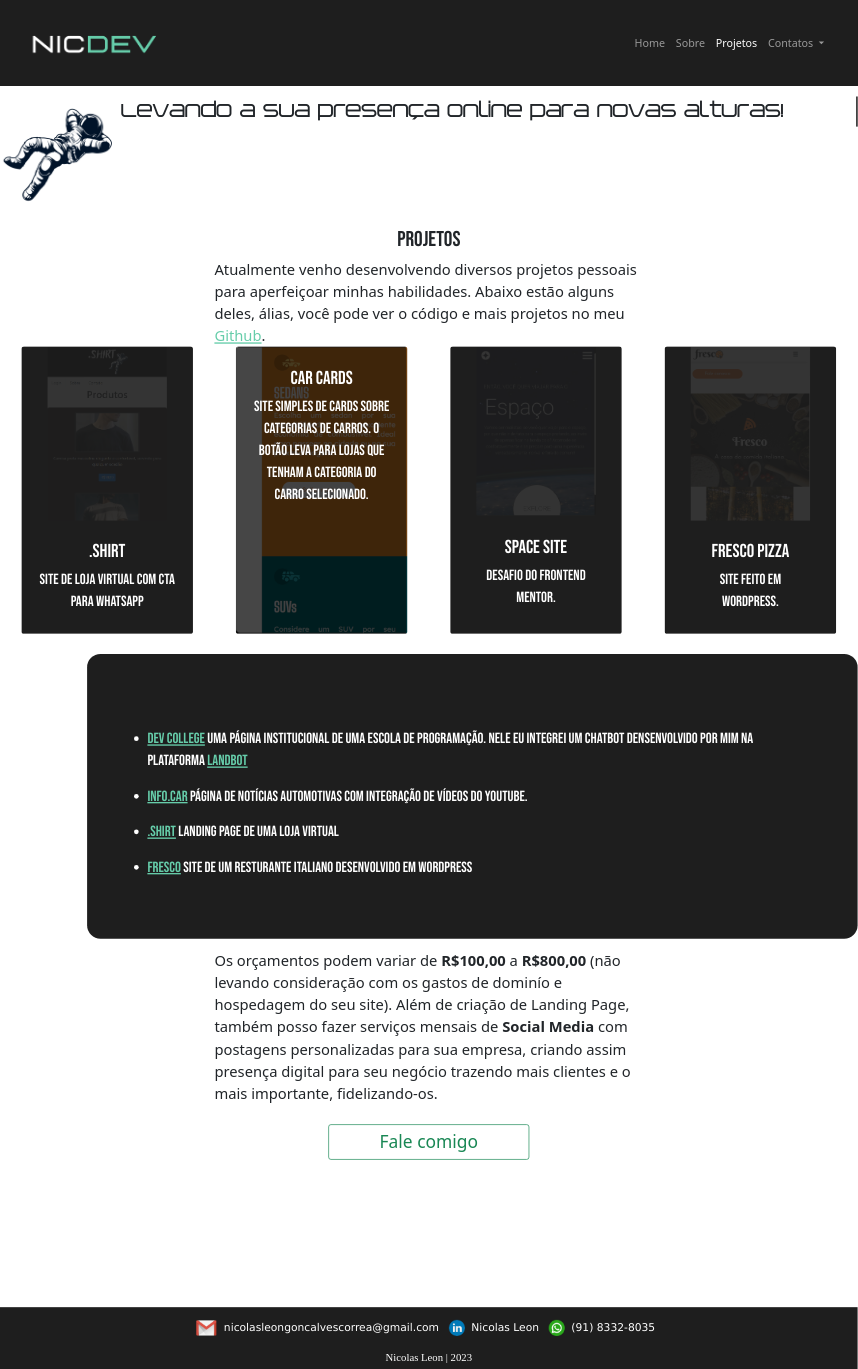
Repository: Leonngc/nicdev
Page: projects.html
These files come from the project's save history. The page is drawn as it stood at one moment and after the next save; the edit follows.
The browser window is 1280 px wide. The pictures show the whole page, at 67% of full size.

Above is the page before, as saved 2023-06-04 23:09:11.

### projects.html
<!DOCTYPE html>
<html lang="pt-br">
  <head>
    <meta charset="UTF-8" />
    <meta http-equiv="X-UA-Compatible" content="IE=edge" />
    <meta name="viewport" content="width=device-width, initial-scale=1.0" />
    <title>nicdev - Projetos</title>
    <!-- Google tag (gtag.js) -->
<script async src="https://www.googletagmanager.com/gtag/js?id=G-E2XWESC90Y"></script>
<script>
  window.dataLayer = window.dataLayer || [];
  function gtag(){dataLayer.push(arguments);}
  gtag('js', new Date());

  gtag('config', 'G-E2XWESC90Y');
</script>
    <link
      href="https://cdn.jsdelivr.net/npm/bootstrap@5.0.2/dist/css/bootstrap.min.css"
      rel="stylesheet"
      integrity="sha384-EVSTQN3/azprG1Anm3QDgpJLIm9Nao0Yz1ztcQTwFspd3yD65VohhpuuCOmLASjC"
      crossorigin="anonymous"
    />

    <link rel="stylesheet" href="styles/scrollbar.css" />
    <link rel="stylesheet" href="styles/footer.css" />
    <link rel="stylesheet" href="styles/projects.css"/>
    ">
  </head>
  <body>
    <header style="background-color: #1e1e1e; padding: 30px" class="fixed-top">
      <nav class="navbar navbar-expand-lg navbar-dark">
        <div class="container-fluid">
          <a class="navbar-brand" href="index.html"
            ><img
              src="images/nicdev-logo.png"
              alt="logo da NicDev"
              style="width: 200px"
          /></a>
          <button
            class="navbar-toggler"
            type="button"
            data-bs-toggle="collapse"
            data-bs-target="#navbarNavDropdown"
            aria-controls="navbarNavDropdown"
            aria-expanded="false"
            aria-label="Toggle navigation"
          >
            <span class="navbar-toggler-icon"></span>
          </button>
          <div
            class="collapse navbar-collapse justify-content-end"
            id="navbarNavDropdown"
          >
            <ul class="navbar-nav">
              <li class="nav-item">
                <a class="nav-link" href="index.html" target="_parent">Home</a>
              </li>
              <li class="nav-item">
                <a class="nav-link" href="about.html" target="_parent">Sobre</a>
              </li>
              <li class="nav-item">
                <a class="nav-link active disabled" href="#">Projetos</a>
              </li>
              <li class="nav-item dropdown">
                <a
                  class="nav-link dropdown-toggle"
                  href="#"
                  id="navbarDropdownMenuLink"
                  role="button"
                  data-bs-toggle="dropdown"
                  aria-expanded="false"
                >
                  Contatos
                </a>
                <ul
                  class="dropdown-menu"
                  aria-labelledby="navbarDropdownMenuLink"
                >
                  <li>
                    <a class="dropdown-item" href="https://wa.me/91983328035"
                      >WhatsApp
                      <img src="images/whatsapp.png" alt="" class="redes-logo"
                    /></a>
                  </li>
                  <li>
                    <a class="dropdown-item" href="mailto:nicolasleongoncalvescorre@gmail.com?Subject=Interesse%20em%20um%20website&Body=Ola%2C%20vi%20seu%20site%20de%20portfolio%20e%20fiquei%20interessado%20em%20fazer%20um%20or%E7amento.%0A%0A---obs%28Retornarei%20seu%20email%20em%20ate%2030%20minutos%29"
                      >Email
                      <img src="images/gmail (1).png" alt="" class="redes-logo"
                    /></a>
                  </li>
                  <li>
                    <a class="dropdown-item" href="https://www.linkedin.com/in/nicolas-leon-70038921b/"
                      >Linkedin
                      <img src="images/linkedin.png" alt="" class="redes-logo"
                    /></a>
                  </li>
                </ul>
              </li>
            </ul>
          </div>
        </div>
      </nav>
    </header>

  <div class="slogan-container">
    <img src="images/astronauta.png" alt="" class="astronauta"> <p class="slogan">Levando a sua presença online para novas alturas!</p>
  </div>
    <main>
      <h2>Projetos</h2>

      <p>Atualmente venho desenvolvendo diversos projetos pessoais para aperfeiçoar minhas habilidades. Abaixo estão alguns deles, álias, você pode ver o código  e mais projetos no meu <a href="https://github.com/Leonngc" target="_blank">Github</a>.</p>


      <section class="cards-container">
        <div class="card">
          <img src="images/2023-06-04 (1).png" alt="">
          <div class="info-card">
            <h3>.Shirt</h3>
            <p>Site de loja virtual com CTA para WhatsApp</p>
          </div>
        </div>
        <div class="card" id="card-0">
          <div class="info-card">
            <h3>
              Car Cards
            </h3>
            <p>Site simples de cards sobre categorias de carros. O botão leva para lojas que tenham a categoria do carro selecionado.</p>
          </div>
        </div>
        <div class="card" id="card-1">
          <img src="images/spacesite.png" alt="">
          <div class="info-card">
            <h3>
              Space Site
            </h3>
            <p>Desafio do Frontend Mentor.</p>
          </div>
        </div>
        <div class="card">
          <img src="images/frescosite.png" alt="">
          <div class="info-card">
            <h3>
              Fresco Pizza
            </h3>
            <p>Site feito em Wordpress.</p>
          </div>
        </div>
      </section>




      <ul>
        <li><a href="https://leonngc.github.io/dev-college/" target="_blank">Dev College</a> Uma página institucional de uma escola de programação. Nele eu integrei um chatbot  densenvolvido por mim na plataforma <a href="https://landbot.io/" target="_blank">Landbot</a>
        </li>
        <li>
          <a href="https://leonngc.github.io/projeto-info.car/" target="_blank">Info.Car</a> página de notícias automotivas com integração de vídeos do Youtube.
        </li>

        <li>
          <a href="https://leonngc.github.io/projeto-shirt/" target="_blank">.Shirt</a> Landing Page de uma loja virtual
        </li>

        <li>
          <a href="https://pizzasitewp.netlify.app/" target="_blank">Fresco</a> Site de um resturante italiano desenvolvido em Wordpress
        </li>

      </ul>

      <p>Os orçamentos podem variar de <strong>R$100,00</strong> a <strong>R$800,00</strong> (não levando consideração com os gastos de dominío e hospedagem do seu site). Além de criação de Landing Page, também posso fazer serviços mensais de <strong>Social Media</strong> com postagens personalizadas para sua empresa, criando assim presença digital para seu negócio trazendo mais clientes e o mais importante, fidelizando-os.</p>
      <a href="https://wa.me/91983328035" target="_blank"><button type="button" class="btn btn-outline-success" style="width: 300px; font-size: 26px; margin-bottom: 20px; margin-top: 30px;">Fale comigo</button></a>
    </main>

    <footer>
      <p><img src="images/gmail.png" alt=""><a href="mailto:nicolasleongoncalvescorre@gmail.com?Subject=Interesse%20em%20um%20website&Body=Ola%2C%20vi%20seu%20site%20de%20portfolio%20e%20fiquei%20interessado%20em%20fazer%20um%20or%E7amento.%0A%0A---obs%28Retornarei%20seu%20email%20em%20ate%2030%20minutos%29">nicolasleongoncalvescorrea@gmail.com</a> <img src="images/linkedin.png" alt=""><a href="https://www.linkedin.com/in/nicolas-leon-70038921b/">Nicolas Leon</a> <img src="images/whatsapp.png" alt=""><a href="https://wa.me/91983328035" target="_blank">(91) 8332-8035</a></p>
      <p class="rights">Nicolas Leon | 2023</p>
    </footer>
    <script
      src="https://cdn.jsdelivr.net/npm/bootstrap@5.0.2/dist/js/bootstrap.bundle.min.js"
      integrity="sha384-MrcW6ZMFYlzcLA8Nl+NtUVF0sA7MsXsP1UyJoMp4YLEuNSfAP+JcXn/tWtIaxVXM"
      crossorigin="anonymous"
    ></script>
  </body>
</html>

### styles/scrollbar.css
body{
    overflow-x: hidden;
}
body::-webkit-scrollbar {
    width: 6px;               /* width of the entire scrollbar */
  }

  body::-webkit-scrollbar-track {
    background: rgb(5, 5, 5);        /* color of the tracking area */
  }

  body::-webkit-scrollbar-thumb {
    background-color: #4BC6B9;    /* color of the scroll thumb */
    border-radius: 20px;       /* roundness of the scroll thumb */
  }

  .redes-logo{
    width: 30px;
    padding: 6px;
  }

### styles/footer.css
footer{
    background-color: #1e1e1e;;
    text-align: center;
    margin-top: 200px;
    padding: 15px;
    height: 13vh;
}

footer > p  a{
    padding: 10px;
    text-decoration: none;
    color: white;
    font-family: 'Lucida Sans', 'Lucida Sans Regular', 'Lucida Grande', 'Lucida Sans Unicode', Geneva, Verdana, sans-serif;
}

footer > p > a:hover{
    color: #66CDAA;
    transition: 1s;
}

.rights{
    color: white;
    font-family: 'Times New Roman', Times, serif;
}
 @media screen and (max-width:900px) {
    footer{
        margin-top: 100px;
        height: 16vh;
        word-wrap: break-word;
    }
    footer > p > a{
        color: #d1d5d4;
    }
 }

### styles/projects.css
@import url('https://fonts.googleapis.com/css2?family=Bebas+Neue&display=swap'); /* CDN GOOGLE  FONT */
@import url('https://cdn-uicons.flaticon.com/uicons-solid-straight/css/uicons-solid-straight.css'); /* CDN ICON*/
@font-face {
    font-family: Lastica;
    src: url(../fonts/instrg.ttf);
}

@keyframes typewriter {
    from {
      width: 0%;
    }
    to {
      width: 50%;
    }
  }
  @keyframes blink {
    from {
      border-color: black;
    }
    to {
      border-color: transparent;
    }
  }

*{
    max-width: 100vw;
}

:root{
 --bebas-neue : 'Bebas Neue', cursive;
}

body{
    max-width: 100vw;
    overflow-x: hidden;
}

main{
    margin-top: 150px;
    text-align: center;
}

.slogan-container{
  margin-top: 120px;
}


.slogan{
    font-family: Lastica, sans-serif;
    font-weight: bold;
    font-size: 30px;
    overflow: hidden;
    animation: typewriter 2s steps(15) alternate,
      blink 800ms steps(15)  normal;
    border-right: 2px solid black;
}

.astronauta{
    width: 180px;
    float: left;
}

h2{
    font-family: var(--bebas-neue);
    text-align: center
}

main > p{
    text-align: start;
    margin: auto;
    width: 50vw;
    font-size: 22px;
}

main > ul{
    font-family: var(--bebas-neue);
    font-size: 22px;
    margin-left: 130px;
    margin-top: 30px;
    background-color: #1e1e1e;
    color: white;
    padding: 90px;
    border-radius: 20px;
    text-align: left;
}

main a{
    color: #66CDAA;
}

main > ul > li{
  margin-top: 20px;
}

li > img{
    width: 600px;
    padding: 50px;
}

.cards-container{
  display: flex;
  flex-wrap: wrap;
  justify-content: space-around;
}

.card{
  background-color: #1e1e1e;
  align-items: center;
  width: 20%;
}

.card > img{
  width: 70%;
  filter: opacity(10%);
}

#card-0{
  background-image: url(../images/carcards.png);
  background-repeat: no-repeat;
  background-size: cover;
  box-shadow: inset 0 0 0 50vw rgba(0, 0, 0, 0.727);

}

.info-card{
  color: white;
  font-family: var(--bebas-neue);
  text-align: center;
  padding: 30px 0 30px;
}

.info-card > p{
  width: 80%;
  margin: auto;
  font-size: 22px;
}

@media screen and (max-width:900px){
    .astronauta{
        width: 100px;
    }
    .slogan{
        font-size: 12px;
        padding: 20px;
    }
    h2{
    margin: auto;
    }
    main{
      margin-top: 100px;
    }
   main > p{
    width: 90vw;
   }

   main > ul{
    margin: auto;
    margin-top: 30px;
    margin-bottom: 30px;
    font-size: 18px;
    padding: 30px;
   }

   main > ul > li{
    padding: 16px;
   }
}

After the next save:
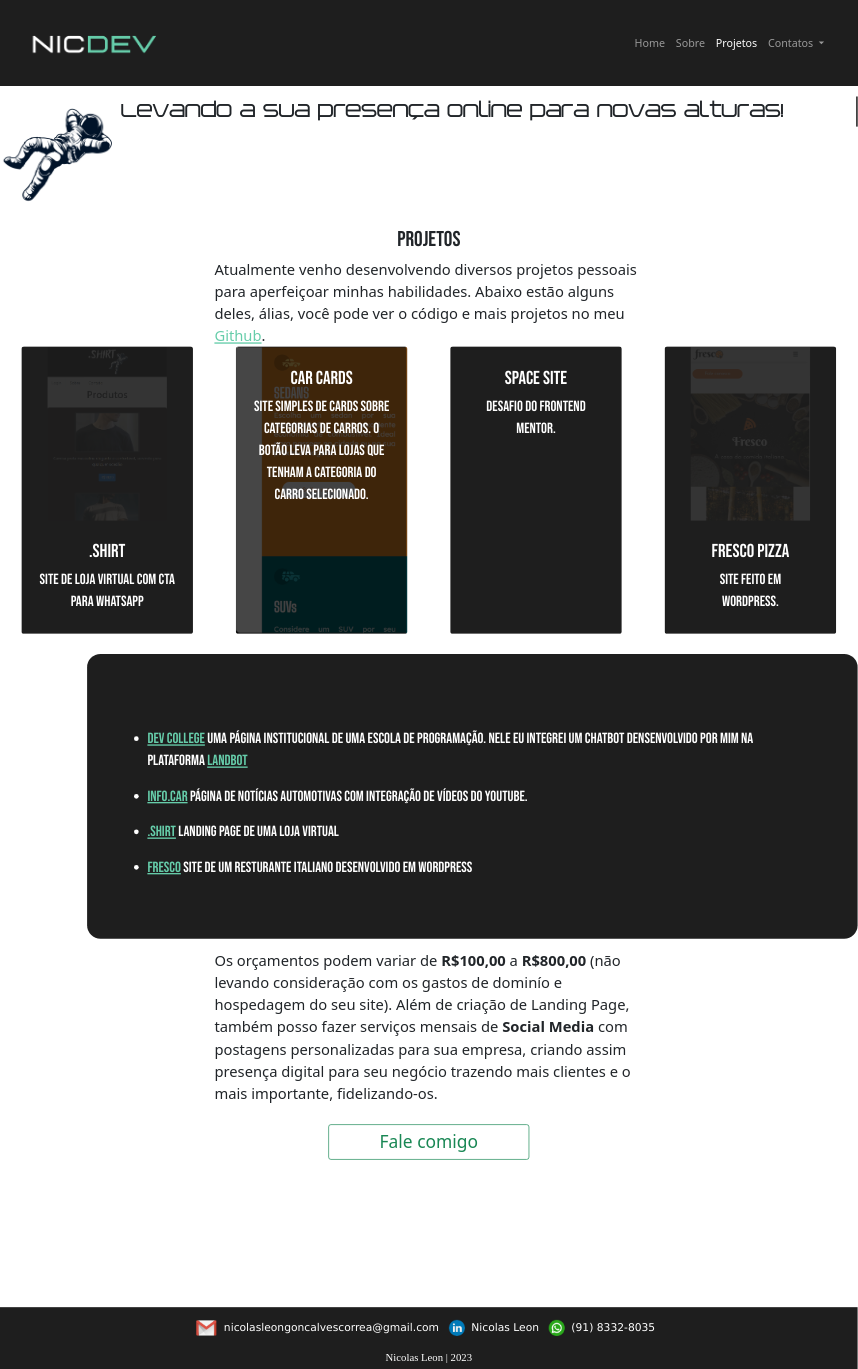
Saved 9 s later.
--- a/projects.html
+++ b/projects.html
@@ -128,7 +128,6 @@
           </div>
         </div>
         <div class="card" id="card-1">
-          <img src="images/spacesite.png" alt="">
           <div class="info-card">
             <h3>
               Space Site
